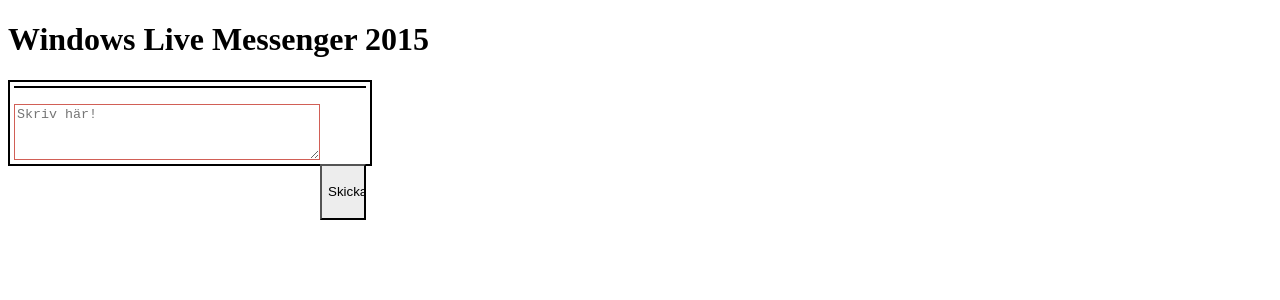
Repository: rs222kn/1dv403-laborationer
Page: 2-labbymezzage/index.html
The author's editor kept a record of every edit. The page is drawn from the files as they stood at one moment, then again after the next edit.
The browser window is 1280 px wide. The pictures show the whole page.

Above is the page before.

### 2-labbymezzage/index.html
<!DOCTYPE html>
<html lang="sv">
<head>
	<meta charset="UTF-8" />
 	<title>MSN</title>
 	<link href='https://fonts.googleapis.com/css?family=Roboto' rel='stylesheet' type='text/css'>
    <link rel="stylesheet" type="text/css" href="css/style.css">
</head>
    <body>
        <header>
            <h1>Windows Live Messenger 2015</h1>
        </header>
        <main>
            <p id="antmessage"></p>
            <div id="holder">
                <div id="messagearea">

                </div>
                <p id="antMessage" ></p>
                <div>
     		    <textarea id="txt" name="textarea" placeholder="Skriv här!" ></textarea><br>
     		    <input type="submit" name="bnt" id="send" value="Skicka"/>
     		</div>

        </main>
        <script src="js/Message.js"></script>
        <script src="js/MessageBoard.js"></script>
    </body>
</html>

### 2-labbymezzage/css/style.css
/* container for message */
.message{
    margin-left: 20px;
    padding: 6px;
    min-height: 64px;
    margin-bottom: 6px;
    margin-top: 6px;
    width: 300px;
    position: relative;
    background-color: #D15F56;
}
/* arraw */
.message:after {
	right: 100%;
	top: 78%;
	border: solid transparent;
	content: " ";
	height: 0;
	width: 0;
	position: absolute;
	pointer-events: none;
	border-right-color: #D15F56;
	border-width: 10px;
	margin-top: -10px;
}
/* mesasge text */
.messageText{

    font-family: 'Roboto', sans-serif;
    color: #FFFFFF;
    margin: 0;
    padding: 0;
    margin-bottom: 4px;
    margin-right: 40px;
}
/* time stamp text on message */
.pdate{
    font-family: 'Roboto', sans-serif;
    font-size: 10px;
    margin: 0;
    padding:0;
    margin-right: 40px;
}

#holder{
    width: 360px;
    border: solid 2px;
}
#messagearea{
    margin: 4px;
    border: solid 1px;
}
/* img buttins (clock/remove)*/
.imgBtn{
    height: 20px;
    width: 20px;
    margin:0;
    padding: 0;
    float:right;
}

#txt{
    margin-left:4px;
    width: 300px;
	height:50px;
	border:1px solid #D15F56;
}
#send{
    float:right;
    position:relative;
    height:56px;
	width:46px;
	background-color:#ededed;
	margin-right: 4px;
}
#send:hover {
	background-color:#dfdfdf;
}
#send:focus{
    outline:0 !important;
}
#antMessage{
    font-family: 'Roboto', sans-serif;
}

#controls{

}

### 2-labbymezzage/js/Message.js
"use strict";

function Message(message, date){

    this.getText = function(){
        return message;
    };

    this.setText = function(_text){
        message = _text;
    };

    this.getDate = function(){
        return date;
    };

    this.setDate = function(_date){
        date = _date;
    };
}

Message.prototype.toString = function(){
    return this.getText()+" (" + this.getDate() +")";
};
Message.prototype.getHTMLText = function(){
    console.log("denna fungerar: getHTMLText");
    return this.getText().replace(/ \n /g, "<br />");
};
Message.prototype.getDateText = function(){
    var timeStamp = new Date();
    return timeStamp.getHours() + ":" + timeStamp.getMinutes() + ":" + timeStamp.getSeconds();
};

### 2-labbymezzage/js/MessageBoard.js
"use strict";



    var doc = {
        btn: document.getElementById("send"),
        txt: document.getElementById("txt"),
        antmess: document.getElementById("antMessage"),
        div: document.getElementById("messagearea"),

    };
    var count = 0;
    var MessageBoard = {

        messages: [],

        init: function(e){
            //btn.onClick = MessageBoard.btnClick();
            doc.btn.addEventListener("click", function(){
            MessageBoard.messages.push(new Message(doc.txt.value, new Date()));
            MessageBoard.renderMessage(MessageBoard.messages.length -1);
            });

            // enter i textarea
            doc.txt.onkeypress = function(e){
               if(e.keyCode == 13 && !e.shiftKey){
                    MessageBoard.init(doc.txt.value);
                    doc.txt.value ="";
                }
        };

        },
        btnclick: function(){

        },
        renderMessages: function(){
            document.getElementById("messagearea").innerHTML = "";

            for (var i = 0; i < MessageBoard.messages.length; i++) {
                MessageBoard.renderMessage(i);
            }
        },
        renderAiMessage: function(nr){

            setTimeout(function(){
                switch (nr) {
                    case 0:
                        new Aimessage("Hej");
                        break;
                    case 1:
                        new Aimessage("Chillar runt själv då?");
                        break;
                    case 2:
                        new Aimessage("Jaha låter kul!");
                        break;
                    case 3:
                        new Aimessage("hehe, Men vart kommer du ifrån då?");
                        break;
                    case 4:
                        new Aimessage("Okej kommer själv från Malmö");
                        break;
                    case 5:
                        new Aimessage("Har du Snapchat?");
                        break;

                    default:
                        new Aimessage("...");
                }
            }, 1500);

        },
        renderMessage: function(messageID){
            var nr = messageID+1; // bugg om man tar bort alla medelanden så står det fortfarande 1
            doc.antmess.innerHTML = "antal medelanden : " + nr; // skriver ut antal medelanden.

            var createElemnts = {
                newMessege: document.createElement("div"), // div taggarna medelanderna kommer va i
                text: document.createElement("p"), // medelande texten
                pdate: document.createElement("p"), // datum tiden
                imgRemove: document.createElement("img"), // ta bort knapp/bilden
                imgDate: document.createElement("img")
            };
            // text
            createElemnts.text.innerHTML = MessageBoard.messages[messageID].getHTMLText();
            createElemnts.pdate.innerHTML = MessageBoard.messages[messageID].getDateText();

            // img
            createElemnts.imgRemove.setAttribute("src", "img/delete.png"); // addar img bilden till imgRemove
            createElemnts.imgRemove.setAttribute("alt", "red img button");
            createElemnts.imgDate.setAttribute("src", "img/clock.png");
            createElemnts.imgDate.setAttribute("alt", "img of a smal clock");

            // class
            createElemnts.text.setAttribute("class", "messageText");
            createElemnts.pdate.setAttribute("class", "pdate");
            createElemnts.newMessege.setAttribute("class" ,"message");
            createElemnts.imgRemove.setAttribute("class", "imgBtn");
            createElemnts.imgDate.setAttribute("class", "imgBtn");

            // render
            doc.div.appendChild(createElemnts.newMessege);
            createElemnts.newMessege.appendChild(createElemnts.imgRemove);
            createElemnts.newMessege.appendChild(createElemnts.imgDate);
            createElemnts.newMessege.appendChild(createElemnts.text);
            createElemnts.newMessege.appendChild(createElemnts.pdate);

            // mouse click
            createElemnts.imgRemove.addEventListener("click", function(){ // mouse-click på imgRemove
                var r = confirm("Vill du ta bort medelandet?");
                if(r){
                    MessageBoard.removeMessage(messageID);
                }
            });

            createElemnts.imgDate.addEventListener("click", function(){ // mouse-click på imgRemove
                console.log("img clock tryck");
               alert(MessageBoard.messages[messageID].getDate());
            });


            MessageBoard.renderAiMessage(count);
            count++;
        },
        removeMessage: function(messageID){
            MessageBoard.messages.splice(messageID, 1);
            MessageBoard.renderMessages();
        }
    };



window.onload = MessageBoard.init;

After the next edit:
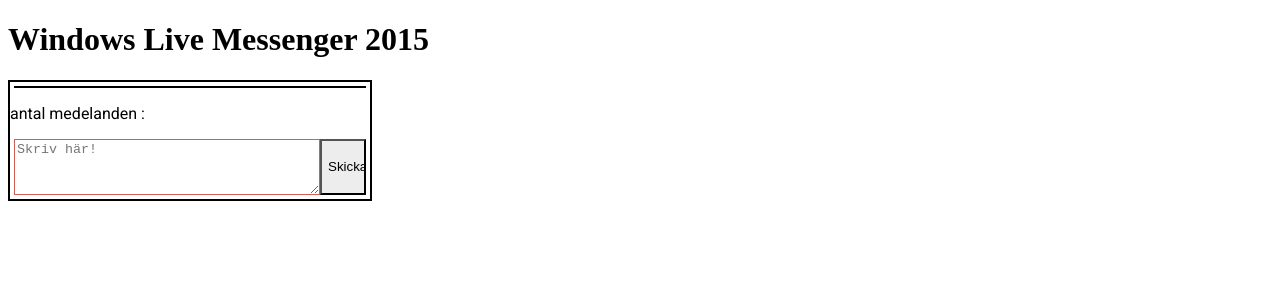
The edit:
--- a/2-labbymezzage/index.html
+++ b/2-labbymezzage/index.html
@@ -16,10 +16,12 @@
                 <div id="messagearea">
 
                 </div>
-                <p id="antMessage" ></p>
-                <div>
-     		    <textarea id="txt" name="textarea" placeholder="Skriv här!" ></textarea><br>
-     		    <input type="submit" name="bnt" id="send" value="Skicka"/>
+                <div id="controls">
+                <p id="antMessage" >antal medelanden : </p>
+
+     		        <textarea id="txt" name="textarea" placeholder="Skriv här!" ></textarea>
+     		        <input type="submit" name="bnt" id="send" value="Skicka"/>
+     		    </div>
      		</div>
 
         </main>
